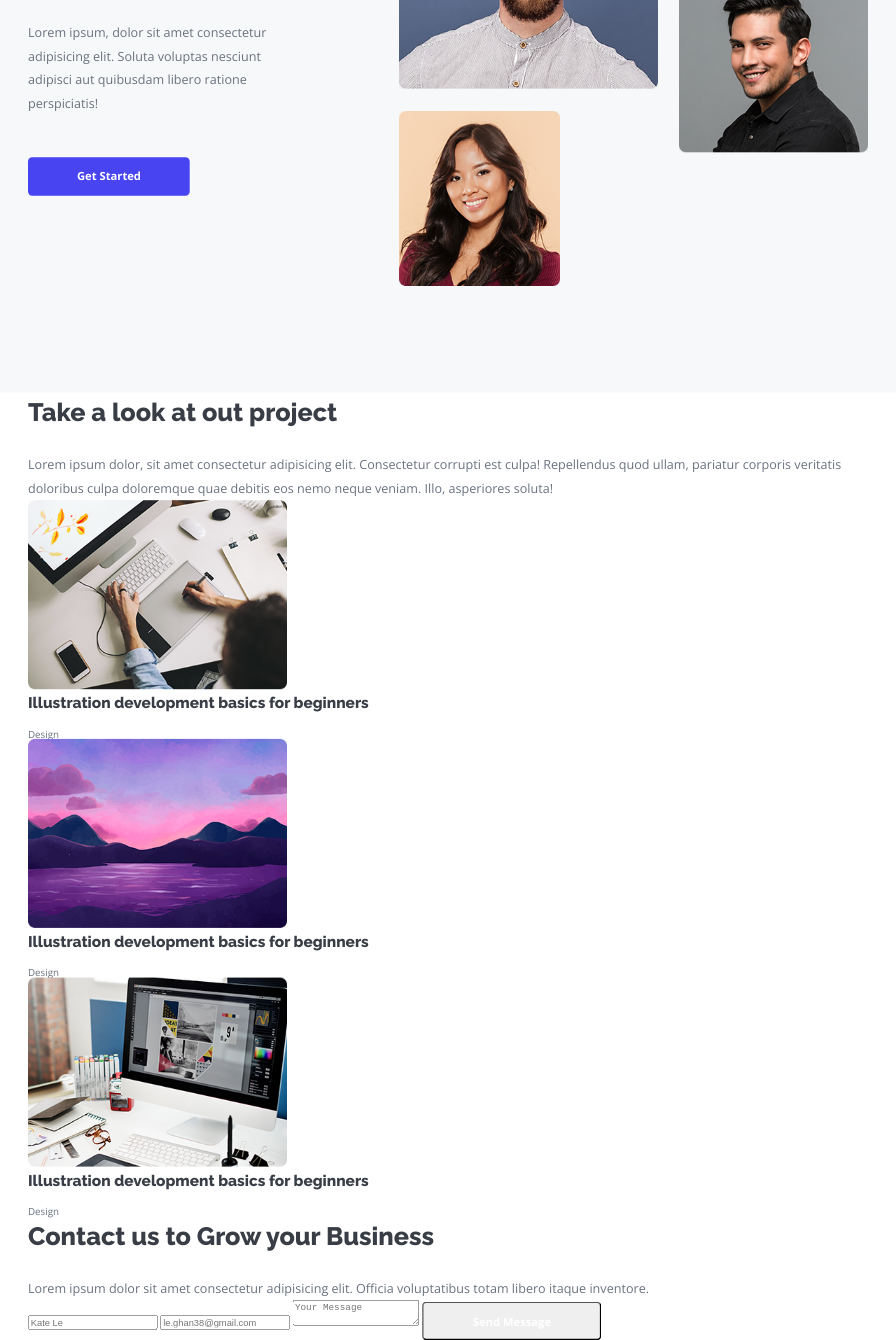
Repository: kate30980/LP-practiceoctavian
Page: index.html
These files come from the project's save history. The page is drawn as it stood at one moment and after the next save; the edit follows.
The browser window is 1280 px wide. The pictures show the part of the page from y = 4472 to 6392 px (the page is 6386 px tall before and 6392 px after), at 70% of full size.
The style sheet was rebuilt from its Sass, Less or Tailwind sources for each picture, by a compiler version that may differ from the author's.

Above is the page before, as saved 2021-08-25 17:16:43.

### index.html
<!DOCTYPE html>
<html lang="en">

<head>
    <meta charset="UTF-8">
    <meta http-equiv="X-UA-Compatible" content="IE=edge">
    <meta name="viewport" content="width=device-width, initial-scale=1.0">
    <title>Octavian LP</title>
    <script type="module" src="https://unpkg.com/ionicons@5.5.2/dist/ionicons/ionicons.esm.js"></script>
    <script nomodule src="https://unpkg.com/ionicons@5.5.2/dist/ionicons/ionicons.js"></script>
    <link rel="preconnect" href="https://fonts.googleapis.com">
    <link rel="preconnect" href="https://fonts.gstatic.com" crossorigin>
    <link
        href="https://fonts.googleapis.com/css2?family=Open+Sans:wght@300;400;600;700&family=Raleway:wght@300;600;700;800&display=swap"
        rel="stylesheet">
    <link rel="stylesheet" href="css/app.css">
</head>

<body>
    <header class="header">
        <div class="container">
            <div class="header-main">
                <img src="./images/logo.png" alt="logo-header" class="header-logo">
                <div class="navigation">
                    <p class="header-phone">Phone: <span>+055 - 951 237 851</span></p>
                    <img src="./images/icon-search.png" alt="" class="icon-search">
                    <img src="./images/icon-bars.png" alt="" class="icon-toggle">
                </div>
            </div>
        </div>
    </header>
    <main>
        <section class="hero">
            <img src="./images/img1.png" alt="img-header" class="hero-image">
            <div class="container">
                <div class="hero-content">
                    <h2 class="hero-caption second-font">creative & digital</h2>
                    <h1 class="hero-heading second-font">Agency</h1>
                    <a href="#" class="hero-link">Purchase Now</a>
                </div>
            </div>
        </section>
        <section class="portfolio">
            <div class="container">
                <div class="portfolio-list">
                    <div class="portfolio-column">
                        <div class="portfolio-item">
                            <div class="portfolio-image">
                                <img src="./images/img2.png" alt="img2">
                            </div>
                            <h3 class="portfolio-title second-font">Campaign of exhibition of architectural field</h3>
                            <div class="portfolio-category">Photography</div>
                        </div>
                        <div class="portfolio-item">
                            <div class="portfolio-image">
                                <img src="./images/img3.png" alt="img2">
                            </div>
                            <h3 class="portfolio-title second-font">Campaign of exhibition of architectural field</h3>
                            <div class="portfolio-category">Photography</div>
                        </div>
                        <div class="portfolio-item">
                            <div class="portfolio-image">
                                <img src="./images/img4.png" alt="img2">
                            </div>
                            <h3 class="portfolio-title second-font">Campaign of exhibition of architectural field</h3>
                            <div class="portfolio-category">Photography</div>
                        </div>
                    </div>
                    <div class="portfolio-column">
                        <div class="portfolio-item">
                            <div class="portfolio-image">
                                <img src="./images/img5.png" alt="img2">
                            </div>
                            <h3 class="portfolio-title second-font">Campaign of exhibition of architectural field</h3>
                            <div class="portfolio-category">Photography</div>
                        </div>
                        <div class="portfolio-item">
                            <div class="portfolio-image">
                                <img src="./images/img6.png" alt="img2">
                            </div>
                            <h3 class="portfolio-title second-font">Campaign of exhibition of architectural field</h3>
                            <div class="portfolio-category">Photography</div>
                        </div>
                        <div class="portfolio-item">
                            <div class="portfolio-image">
                                <img src="./images/img7.png" alt="img2">
                            </div>
                            <h3 class="portfolio-title second-font">Campaign of exhibition of architectural field</h3>
                            <div class="portfolio-category">Photography</div>
                        </div>
                        <div class="portfolio-item">
                            <div class="portfolio-image">
                                <img src="./images/img8.png" alt="img2">
                            </div>
                            <h3 class="portfolio-title second-font">Campaign of exhibition of architectural field</h3>
                            <div class="portfolio-category">Photography</div>
                        </div>
                    </div>
                    <div class="portfolio-column">
                        <div class="portfolio-item">
                            <div class="portfolio-image">
                                <img src="./images/img9.png" alt="img2">
                            </div>
                            <h3 class="portfolio-title second-font">Campaign of exhibition of architectural field</h3>
                            <div class="portfolio-category">Photography</div>
                        </div>
                        <div class="portfolio-item">
                            <div class="portfolio-image">
                                <img src="./images/img10.png" alt="img2">
                            </div>
                            <h3 class="portfolio-title second-font">Campaign of exhibition of architectural field</h3>
                            <div class="portfolio-category">Photography</div>
                        </div>
                        <div class="portfolio-item">
                            <div class="portfolio-image">
                                <img src="./images/img11.png" alt="img2">
                            </div>
                            <h3 class="portfolio-title second-font">Campaign of exhibition of architectural field</h3>
                            <div class="portfolio-category">Photography</div>
                        </div>
                    </div>
                </div>
                <a href="" class="btn btn--primary portfolio-link">
                    Get Started
                </a>
            </div>
        </section>
        <section class="partner">
            <div class="container">
                <div class="partner-main">
                    <div class="partner-item">
                        <img src="./images/logo1.png" alt="logo1">
                    </div>
                    <div class="partner-item">
                        <img src="./images/logo2.png" alt="logo1">
                    </div>
                    <div class="partner-item">
                        <img src="./images/logo3.png" alt="logo1">
                    </div>
                    <div class="partner-item">
                        <img src="./images/logo4.png" alt="logo1">
                    </div>
                    <div class="partner-item">
                        <img src="./images/logo5.png" alt="logo1">
                    </div>
                    <div class="partner-item">
                        <img src="./images/logo6.png" alt="logo1">
                    </div>
                    <div class="partner-item">
                        <img src="./images/logo7.png" alt="logo1">
                    </div>
                    <div class="partner-item">
                        <img src="./images/logo8.png" alt="logo1">
                    </div>
                </div>
            </div>
        </section>
        <section class="team">
            <div class="container">
                <div class="team-main">
                    <div class="team-content">
                        <h2 class="team-heading second-font">Our team will be Happy to help you</h2>
                        <p class="team-desc">Lorem ipsum, dolor sit amet consectetur adipisicing elit. Soluta voluptas
                            nesciunt adipisci aut quibusdam libero ratione perspiciatis!</p>
                        <a href="#" class="btn btn--primary">Get Started</a>
                    </div>
                    <div class="team-images">
                        <div class="team-column">
                            <div class="team-image">
                                <img src="./images/team1.png" alt="team">
                            </div>
                            <div class="team-image">
                                <img src="./images/team2.png" class="team-img2" alt="team">
                            </div>
                        </div>
                        <div class="team-column">
                            <div class="team-image">
                                <img src="./images/team3.png" alt="team">
                            </div>
                        </div>
                    </div>
                </div>
            </div>
        </section>
        <section class="blog">
            <div class="container">
                <div class="blog-header">
                    <h2 class="blog-heading heading">Take a look at out project</h2>
                    <p class="blog-desc text">Lorem ipsum dolor, sit amet consectetur adipisicing elit. Consectetur
                        corrupti est culpa! Repellendus quod ullam, pariatur corporis veritatis doloribus culpa
                        doloremque quae debitis eos nemo neque veniam. Illo, asperiores soluta!</p>
                </div>
                <div class="blog-list">
                    <div class="blog-item">
                        <div class="blog-image">
                            <img src="./images/blog1.png" alt="blog1">
                        </div>
                        <h2 class="blog-title title">Illustration development basics for beginners</h2>
                        <p class="blog-category text--small">Design</p>
                    </div>
                    <div class="blog-item">
                        <div class="blog-image">
                            <img src="./images/blog2.png" alt="blog1">
                        </div>
                        <h2 class="blog-title title">Illustration development basics for beginners</h2>
                        <p class="blog-category text--small">Design</p>
                    </div>
                    <div class="blog-item">
                        <div class="blog-image">
                            <img src="./images/blog3.png" alt="blog1">
                        </div>
                        <h2 class="blog-title title">Illustration development basics for beginners</h2>
                        <p class="blog-category text--small">Design</p>
                    </div>
                </div>
            </div>
        </section>
        <section class="contact">
            <div class="container contact-container">
                <div class="container-header">
                    <h2 class="contact-heading heading">Contact us to <strong>Grow your Business</strong></h2>
                    <p class="contact-desc text">Lorem ipsum dolor sit amet consectetur adipisicing elit. Officia
                        voluptatibus totam libero itaque inventore.</p>
                </div>
                <form action="javascript:void(0);" class="contact-form">
                    <input type="text" class="contact-input" placeholder="Kate Le">
                    <input type="email" class="contact-input" placeholder="le.ghan38@gmail.com">
                    <textarea class="contact-area" placeholder="Your Message"></textarea>
                    <button type="submit" class="btn btn--secondary">Send Message</button>
                </form>
            </div>
        </section>
    </main>
</body>

</html>

### sass/app.scss
@import "variables";
@import "function";
@import "reset";
@import "base";
@import "header";
@import "hero";
@import "portfolio";
@import "partner";
@import "team";

### sass/_variables.scss
$primary-font: "Open sans", sans-serif;
$secondary-font: "Raleway", sans-serif;
$gray: #393e46;
$gray-light: #6a727f;
$blue-color: #4944F2;
$gray-lighter: #f7f8f9;

### sass/_function.scss
@function lineH($s, $h){
    @return $s / $h;
}

### sass/_base.scss
body{
    font-family: $primary-font;
    font-size: 16px;
    line-height:1;
    color: $gray-light;
    max-width: 1920px;
    margin: 0 auto;
}
.container{
    max-width: 1200px;
    margin: 0 auto;
    padding:0 15px;
}
.second-font{
    font-family: $secondary-font;
    color: $gray;
}

.btn{
    cursor: pointer;
    outline: none;
    display: inline-flex;
    justify-content: center;
    align-items: center;
    color: white;
    font-weight: bold;
    font-size: 16px;
    font-family: 'Open sans',sans-serif;
    height: 55px;
    padding: 0 70px;
    border-radius: 6px;
    &--primary{
        background-color: $blue-color;
        text-decoration: none;
    }
}
h2,h3,h4,h5{
    color: $gray;
}
.heading{
    font-size: 36px;
    line-height: lineH(56,36);
    font-weight: 800;
    font-family: $secondary-font;
    margin-bottom: 30px;
}
.title{
    font-size: 22px;
    font-weight: 800;
    font-family: $secondary-font;
    color: $gray;
    line-height: lineH(35, 22);
    margin-bottom: 20px;
}
.text{
    font-size: 18px;
    line-height: lineH(34, 18);
}
.text--small{
    font-size: 14px;
}

### sass/_header.scss
.header{
    &-main{
         display: flex;
         justify-content: space-between;
         align-items: center;
         padding: 40px 0;
    }
    &-phone{
        color: $gray;
        font-weight: 300;
        span{
            font-weight: 600;
            margin-left: 15px;
        }
    }
}
.navigation{
    display: flex;
    align-items: center;
    gap: 0 60px;
}

### sass/_hero.scss
.hero{
    position: relative;
    margin-bottom: 200px;
    &-image{
        margin-left: auto;
        display: block;
    }
    &-content{
        position: absolute;
        top: 50%;
        transform: translateY(-50%);
        z-index: 2;
    }
    &-caption{
        font-size: 72px;
        font-weight: 600;
        color: black;
    }
    &-heading{
        font-weight: 800;font-size: 150px;
        text-transform: uppercase;
        margin-bottom: 40px;
        color: black;
    }
    &-link{
        font-size: 18px;
        text-decoration: underline;
        color: $gray-light;
        display: inline-block;
        font-weight: 600;
    }
}

### sass/_portfolio.scss
.portfolio{
    margin-bottom: 200px;
    &-list{
        display: grid;
        grid-template-columns: repeat(3,1fr);
        grid-gap: 0 90px;
        margin-bottom: 95px;
    }
    &-image{
        margin-bottom: 40px;
    }
    &-title{
        color: #393e46;
        font-size: 22px;
        line-height: 1.56;
        margin-bottom: 20px;
    }
    &-category{
        font-size: 14px;
    }
    &-column{
        display: flex;
        flex-direction: column;
        gap: 85px 0;
    }
    &-link{
        position: relative;
        left: 50%;
        transform: translateX(-50%);
        // ceterin, đưa phần tử ra giữa khung
    }
}

### sass/_partner.scss
.partner{
    margin-bottom: 150px;
    &-main{
        display: grid;
        grid-template-columns: repeat(4,1fr);
        grid-gap: 90px 0;
    }
    &-item{
        padding: 0 50px;
        display: flex;
        justify-content: center;
        align-items: center;
        transition: opacity 0.2 linear;
        cursor: pointer;
        &:hover{
            opacity: 0.1;
        }
    }
}

### sass/_team.scss
.team{
    padding: 150px 0;
    background-color: $gray-lighter;
    &-main{
        display: flex;
        align-items: center;
        // facenter
        justify-content: space-between;
    }
    &-content{
        max-width: 370px;
        flex-shrink: 0;
        width: 100%;
    }
    &-images{
        display: flex;
        align-items: center;
        gap: 0 30px;
    }
    &-img2{
        margin-top: 30px;
        margin-left: auto;
    }
    &-heading{
        font-size: 36px;
        font-weight: 800;
        line-height: 1.55;
        margin-bottom: 30px;
    }
    &-desc{
        font-size: 18px;
        line-height: lineH(34,18);
        margin-bottom: 60px;
    }

}

Loaded but not shown: sass/_reset.scss (common file)

After the next save:
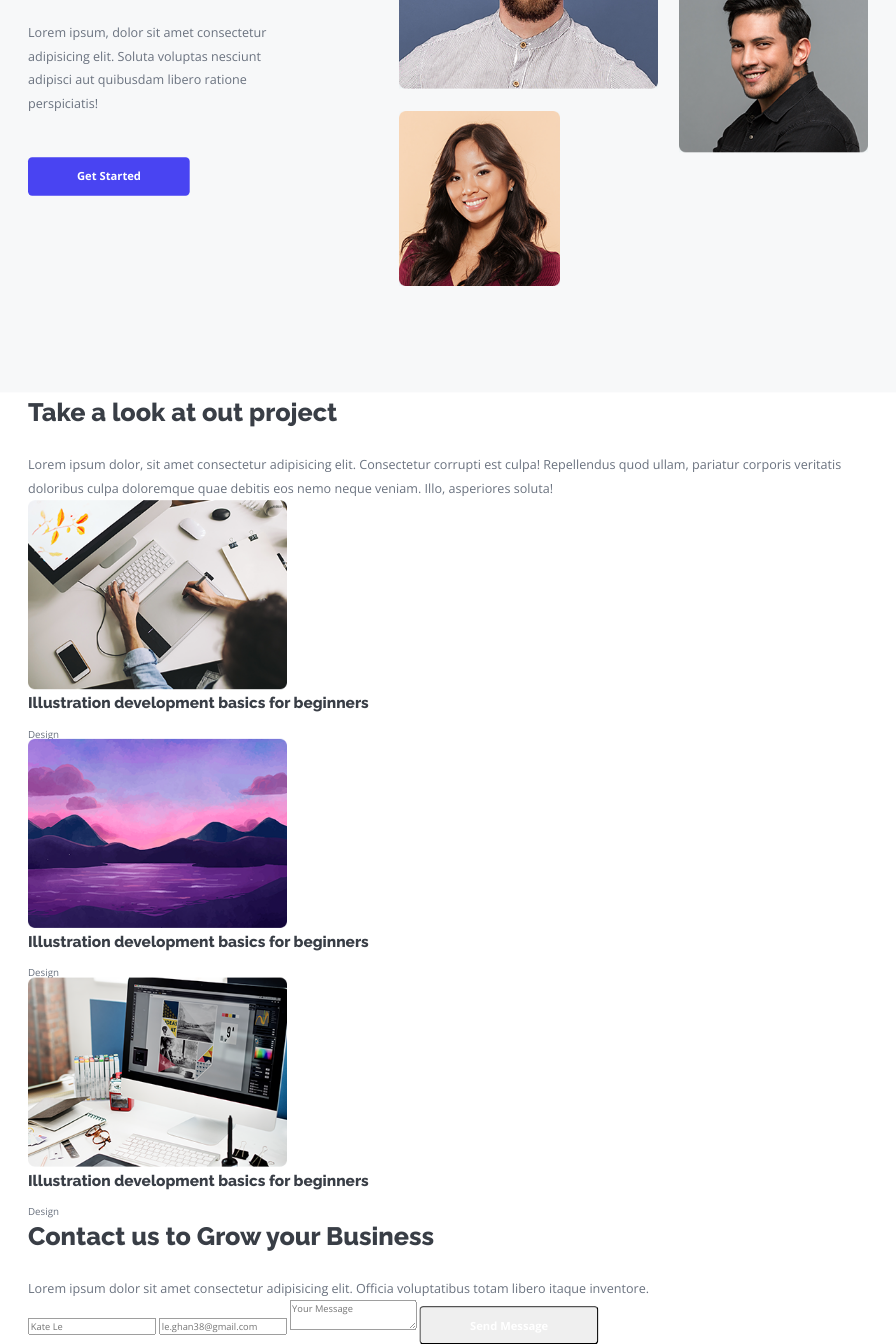
Saved 29 s later.
--- a/sass/_base.scss
+++ b/sass/_base.scss
@@ -5,6 +5,9 @@ body{
     color: $gray-light;
     max-width: 1920px;
     margin: 0 auto;
+}
+input, button, textarea, select{
+    font-family: 'Open sans', sans-serif;
 }
 .container{
     max-width: 1200px;
